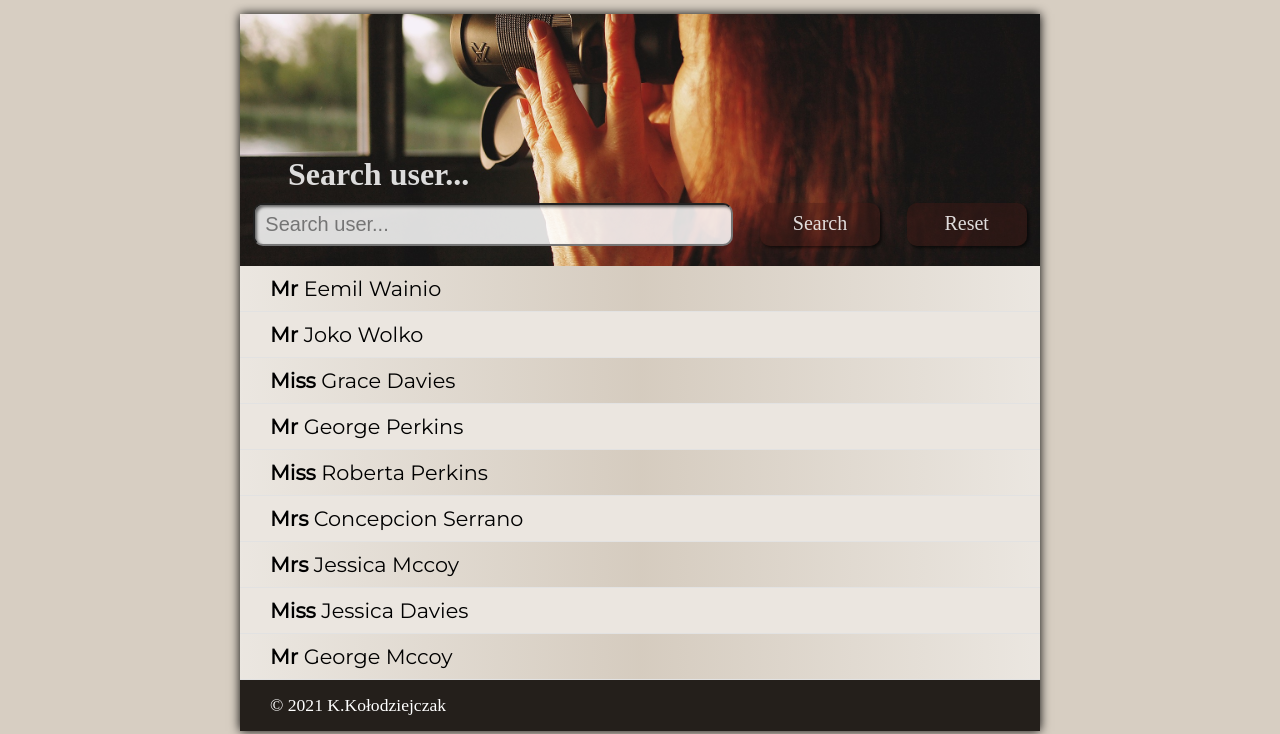
Repository: KrzysKolo/sr_tydzien5_zad4
Page: /
The author's editor kept a copy of each file at every save. The page is drawn from the files as they stood at one save, then again after the next save.
The browser window is 1280 px wide. The pictures show the whole page.
Some web fonts or font styles are not loaded; a fallback is used. The project was rebuilt for these pictures with package versions that can differ from the ones it lists, and the page was loaded fresh each time. Also part of the build but not shown: src/components/userContainerComponents/Error.js.

Above is the page before, as saved 2021-01-05 12:42:26.

### public/index.html
<!DOCTYPE html>
<html lang="en">
  <head>
    <meta charset="utf-8" />
    <link rel="icon" href="%PUBLIC_URL%/favicon.ico" />
    <meta name="viewport" content="width=device-width, initial-scale=1" />
    <meta name="theme-color" content="#000000" />
    <meta
      name="description"
      content="Web site created using create-react-app"
    />
    <link rel="apple-touch-icon" href="%PUBLIC_URL%/logo192.png" />
    <!--
      manifest.json provides metadata used when your web app is installed on a
      user's mobile device or desktop. See https://developers.google.com/web/fundamentals/web-app-manifest/
    -->
    <link rel="manifest" href="%PUBLIC_URL%/manifest.json" />
    <!--
      Notice the use of %PUBLIC_URL% in the tags above.
      It will be replaced with the URL of the `public` folder during the build.
      Only files inside the `public` folder can be referenced from the HTML.

      Unlike "/favicon.ico" or "favicon.ico", "%PUBLIC_URL%/favicon.ico" will
      work correctly both with client-side routing and a non-root public URL.
      Learn how to configure a non-root public URL by running `npm run build`.
    -->
    <link rel="preconnect" href="https://fonts.gstatic.com">
<link href="https://fonts.googleapis.com/css2?family=Finger+Paint&family=Montserrat&family=Over+the+Rainbow&family=Peralta&display=swap" rel="stylesheet">
    <title>User search</title>
  </head>
  <body>
    <noscript>You need to enable JavaScript to run this app.</noscript>
    <div id="root"></div>
    <!--
      This HTML file is a template.
      If you open it directly in the browser, you will see an empty page.

      You can add webfonts, meta tags, or analytics to this file.
      The build step will place the bundled scripts into the <body> tag.

      To begin the development, run `npm start` or `yarn start`.
      To create a production bundle, use `npm run build` or `yarn build`.
    -->
  </body>
</html>

### src/App.js
import React from 'react';
import UsersContainer from './components/UsersContainer';
import './App.css';


const App = () => {

  return (
    <>
      <UsersContainer/>
    </>
  )
}

export default App;

### src/components/UsersContainer.js
import React, { useState, useEffect } from 'react';
import { Header, UserList, Footer, Error, Loading } from './userContainerComponents/'


const UsersContainer = () => {

  const UsersAPI = '/users.json';

  const [users, setUsers ] = useState([]);
  const [loading, setLoading] = useState(false);
  const [isErr, setIsErr] = useState(false);
  const [search, setSearch] = useState("");

  let timer;

  useEffect(() => {
    getUsers(setUsers)
  }, []);

  const getUsers = (setUsers) => {
    timer = setTimeout(() => {
      fetch(UsersAPI)
      .then(res => {
        if (res.ok) {
        return res;
        }
        throw Error(res.status);
        })
      .then(res => res.json())
      .then(data => {
        console.log(data.users);
        setUsers(data.users);
        setLoading(false);
        clearTimeout(timer);
      })
      .catch(error => setIsErr(`The problem is with: ${error}`));
    }, 1000);
  }

  const handleChange = (e) => {
      const value = e.target.value.toLowerCase();
      setSearch(value);
      console.log(value);
    };

    const handleSubmit = (e) => {
        console.log("klikm ;)");
      e.preventDefault();
      if (search !== "") {
      console.log(`sent ${search}`);


      } else {
        setIsErr("Enter username!!");
      }
      };

    const handleReset = () => {
      setSearch('');
    };

    /* const filterUser=users.filter(user => user.first.toLowerCase().includes(useName) || user.lst.toLowerCase().includes(useName)).map(filterUser => (
      <User key={filterUser.id} data={filterUser} saveUser={ saveUser } />
    )) */

   return (
        <section>
					<Header handleChange={handleChange} handleSubmit={handleSubmit} handleReset={handleReset} search={search} />
          { loading ? <Loading /> : <UserList users={users}  /> }
          { isErr && <Error isErr={isErr}/> }
          <Footer />
        </section>
    )

}

export default UsersContainer;

### src/App.css
* {
  box-sizing: border-box;
  padding: 0;
  margin: 0;
}
body {
  height: 100vh;
  width: 100vw;
  background-color: rgba(206, 194, 179, 0.8);
}
section {
  margin: 2vh auto;
  width: 70%;
  max-width: 800px;
  display: flex;
  flex-direction: column;
  box-shadow: 0 0 10px #000;
}
.header__section {
  height: 35vh;
  background-image: url("./images/girl.jpg");
  background-position: center;
  background-size: cover;
  display: flex;
  flex-direction: column;
  justify-content: flex-end;
}
.header__title {
  font-size: 2rem;
  font-family: "Peralta", cursive;
  margin: 0 auto 10px 3rem;
  color: rgba(255, 255, 255, 0.85);
}
.header__search-wrapper {
  width: 100%;
  margin-bottom: 20px;
  display: flex;
  justify-content: space-around;
}
.header__search {
  padding: 8px 10px;
  width: 60%;
  border-radius: 10px;
  background-color: rgba(255, 255, 255, 0.85);
  box-shadow: inset 2px 2px 3px 0px rgba(0, 0, 0, 0.55);
  font-size: 20px;
}
.header__search-btn {
  background: rgba(71, 26, 20, 0.4);
  color: rgba(255, 255, 255, 0.85);
  width: 15%;
  border-radius: 10px;
  box-shadow: 2px 2px 3px 0px rgba(0, 0, 0, 0.55);
  font-size: 20px;
  text-align: center;
  line-height: 40px;
  transition: 0.2s all ease;
  cursor: pointer;
}
.header__search-btn:hover {
  background: rgba(65, 28, 24, 1);
}
.user {
  font-size: 1.3rem;
  font-family: "Montserrat", sans-serif;
  padding: 10px 30px;
  list-style: none;
  border-bottom: 1px solid rgb(226, 226, 226);
  background-color: rgba(255, 255, 255, 0.5);
}
.user:nth-child(odd) {
  background: linear-gradient(
    90deg,
    rgba(255, 255, 255, 0.5) 0%,
    rgba(206, 194, 179, 0.2) 50%,
    rgba(255, 255, 255, 0.5) 100%
  );
}
.footer__wrapper {
  background-color: rgb(36, 31, 27);
  color: white;
  font-size: 1.1rem;
  padding: 10px 30px;
  width: 100%;
  height: 7vh;
  display: flex;
  align-items: center;
}
.error {
  color: rgb(195, 1, 4);
  padding: 10px;
  text-align: center;
  font-size: 1.2rem;
}

### src/components/userContainerComponents/index.js
export { default as Footer } from './Footer';
export { default as Header } from './Header';
export { default as UserList } from './UserList';
export { default as Error } from './Error';
export { default as Loading } from './Loading';

### src/components/userContainerComponents/Footer.js
import React from 'react';

const Footer = () => {
    return (
        <div className="footer__wrapper">
           © 2021 K.Kołodziejczak
        </div>
    )
}

export default Footer;

### src/components/userContainerComponents/Header.js
import React from 'react';
import { SearchUser } from './../searchComponents/';

const Header = () => {
   return (
        <div className="header__section">
            <h1 className="header__title">Search user...</h1>
            <SearchUser />
        </div>
    )
}

export default Header;

### src/components/userContainerComponents/UserList.js
import React from 'react';
import Loading from './Loading';

const UserList = ( { loading, users }) => {

    const user = users.map(user => (
        <li className="user" key={user.id}><b>{user.title}</b> {user.first} {user.last}</li>
      ))
    return (
        loading ? <Loading /> : <ul>{user}</ul>
    )
}

export default UserList;

### src/components/searchComponents/index.js
export { default as SearchUser } from './SearchUser';

### src/components/searchComponents/SearchUser.js
import React from 'react';
import { Button, Input } from './../formComponents/'
const SearchUser = () => {
    return (
        <>
					<form className="header__search-wrapper">
          	<Input type="text"/>
            <Button values="Search"/>
            <Button values="Reset" />
          </form>
        </>
    )
}

export default SearchUser;

### src/components/formComponents/index.js
export { default as Button} from './Button';
export { default as Input } from './Input';

### src/components/formComponents/Button.js
import React from 'react';

const Button = ({ values, onClick }) => {
    return (
        <div className="header__search-btn" onClick={onClick}>
            {values}
        </div>
    )
}

export default Button;

### src/components/formComponents/Input.js
import React from 'react';

const Input = ({ type, search, onChange }) => {
    return (
        <>
          <input className="header__search" type={type} value={search} onChange={onChange} placeholder="Search user..." />
        </>
    )
}

export default Input;

### public/users.json
{
    "users": [
      {
        "id": 1,
        "title": "Mr",
        "first": "Eemil",
        "last": "Wainio"
       },
      {
        "id": 2,
        "title": "Mr",
        "first": "Joko",
        "last": "Wolko"
      },
      {
        "id": 3,
        "title": "Miss",
        "first": "Grace",
        "last": "Davies"
      },
      {
        "id": 4,
        "title": "Mr ",
        "first": "George ",
        "last": "Perkins"
      },
      {
        "id": 5,
        "title": "Miss",
        "first": "Roberta ",
        "last": "Perkins"
      },
      {
        "id": 6,
        "title": "Mrs ",
        "first": "Concepcion ",
        "last": "Serrano"
      },
      {
        "id": 7,
        "title": "Mrs ",
        "first": "Jessica ",
        "last": "Mccoy"
      },
      {
        "id": 8,
        "title": "Miss",
        "first": "Jessica",
        "last": "Davies"
      },
      {
        "id": 9,
        "title": "Mr",
        "first": "George",
        "last": "Mccoy"
      }
    ]
  }

### src/components/userContainerComponents/Loading.js
import React from 'react';
import spinner from './../../images/spinner.gif'
const Loading = () => {
    return (
        <img src={spinner} style={{width: 200, margin: 'auto', display: 'block'}} alt="Loading"/>
     );
}

export default Loading;

Loaded but not shown: src/index.js (common file)

After the next save:
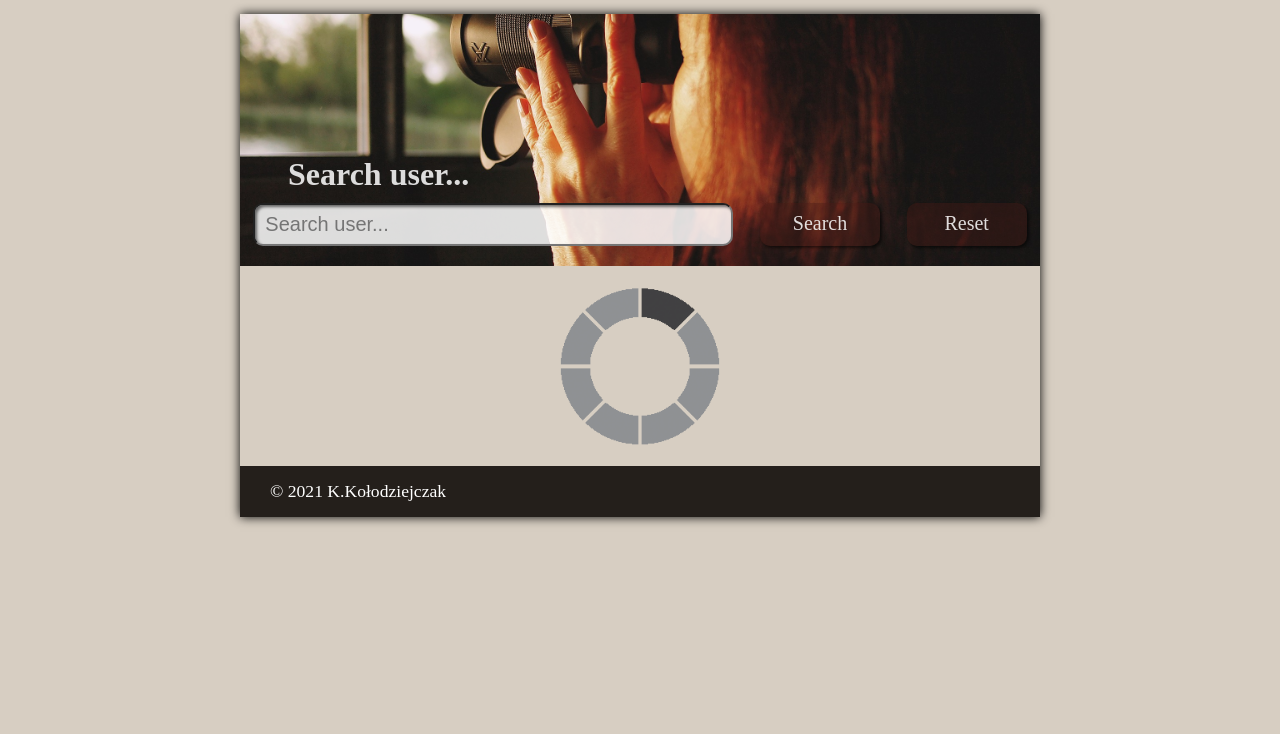
Saved 2 min 37 s later.
--- a/src/components/UsersContainer.js
+++ b/src/components/UsersContainer.js
@@ -66,7 +66,7 @@
    return (
         <section>
 					<Header handleChange={handleChange} handleSubmit={handleSubmit} handleReset={handleReset} search={search} />
-          { loading ? <Loading /> : <UserList users={users}  /> }
+          { !loading ? <Loading /> : <UserList users={users}  /> }
           { isErr && <Error isErr={isErr}/> }
           <Footer />
         </section>

After the 5 saves that followed:
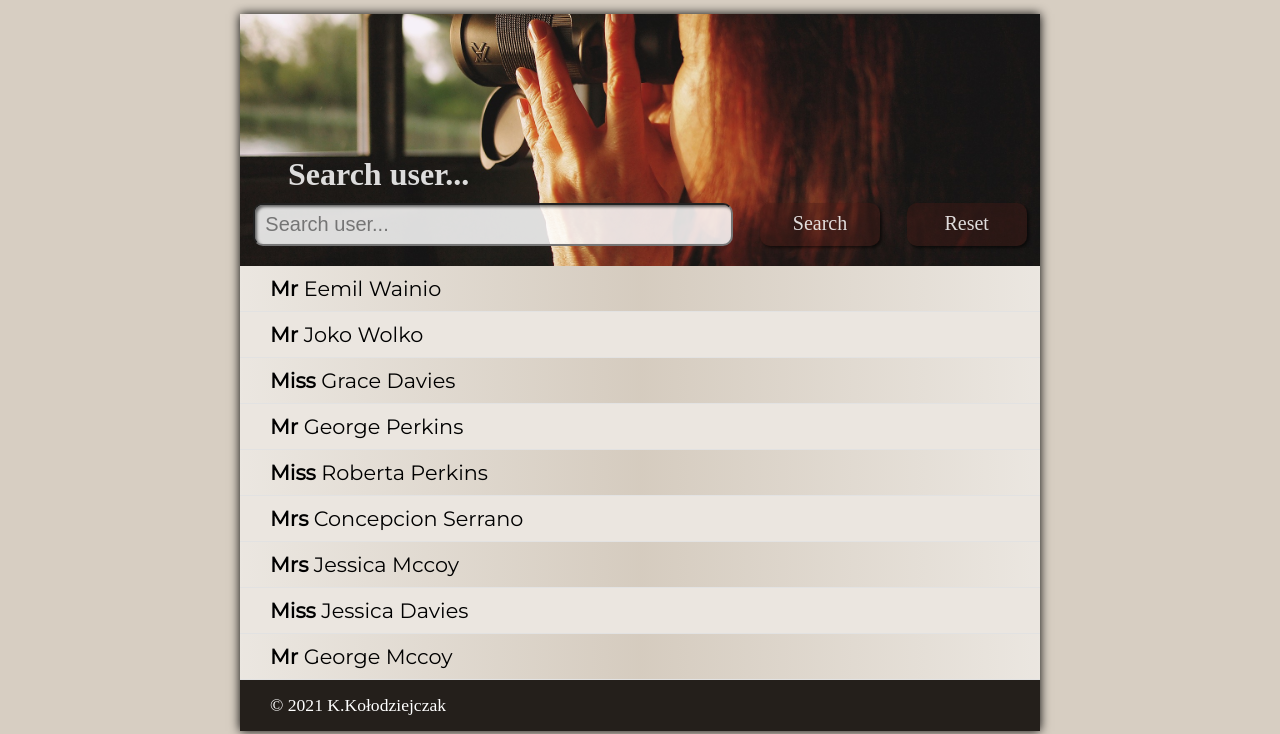
The 5 saves are shown as one change because 4 left the picture as it was.
The last was saved 3 min 35 s later.
--- a/src/components/UsersContainer.js
+++ b/src/components/UsersContainer.js
@@ -7,7 +7,7 @@
   const UsersAPI = '/users.json';
 
   const [users, setUsers ] = useState([]);
-  const [loading, setLoading] = useState(false);
+  const [loading, setLoading] = useState(true);
   const [isErr, setIsErr] = useState(false);
   const [search, setSearch] = useState("");
 
@@ -66,7 +66,7 @@
    return (
         <section>
 					<Header handleChange={handleChange} handleSubmit={handleSubmit} handleReset={handleReset} search={search} />
-          { !loading ? <Loading /> : <UserList users={users}  /> }
+          { loading ? <Loading/> : <UserList users={users}/>}
           { isErr && <Error isErr={isErr}/> }
           <Footer />
         </section>
